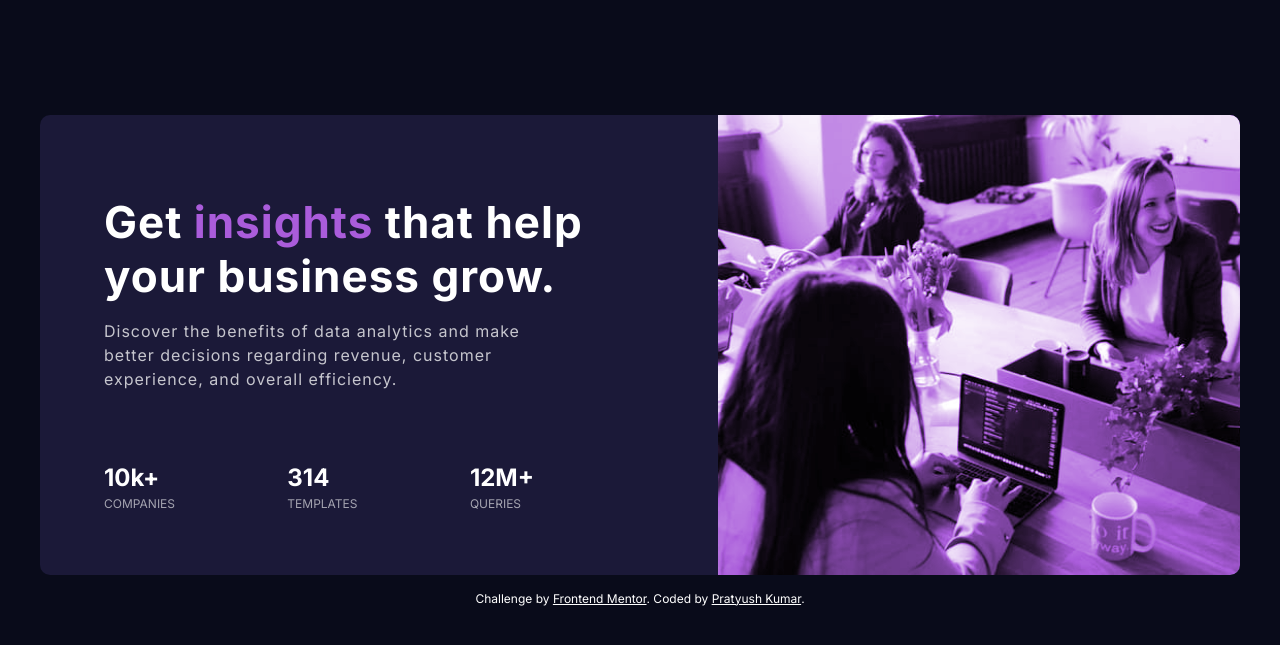
Repository: PratypartyY2K/frontendmentor-challenges
Page: stats-preview-card-component-main/index.html
An editor plug-in stored every save of this project. The page is shown before and after a run of saves, followed by the edit.
The browser window is 1280 px wide. The pictures show the whole page.

Above is the page before, as saved 2021-07-14 01:20:27.

After the next 2 saves:
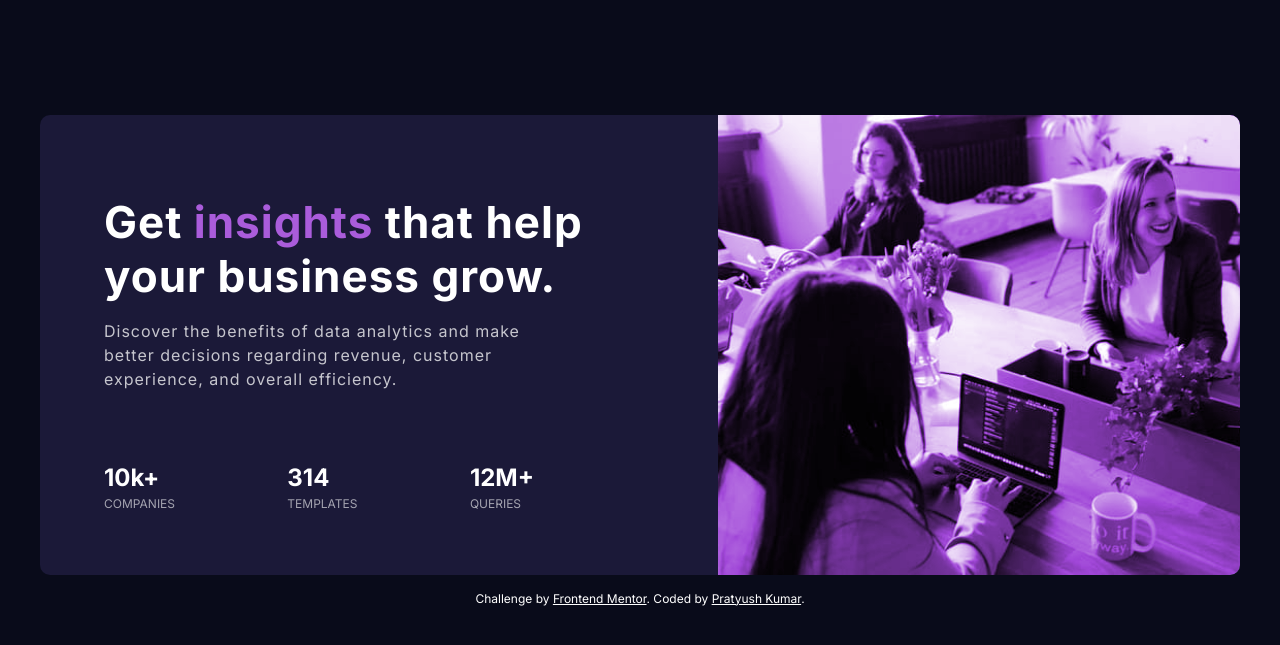
The 2 saves are shown as one change because they came seconds apart.
The last was saved 15 s later.
--- a/stats-preview-card-component-main/style.css
+++ b/stats-preview-card-component-main/style.css
@@ -83,7 +83,7 @@ h3 {
 }
 
 .overlay {
-    background-color: hsla(277, 64%, 61%);
+    background-color: hsl(277, 65%, 56%);
     height: 100%;
     mix-blend-mode:overlay;
 }
